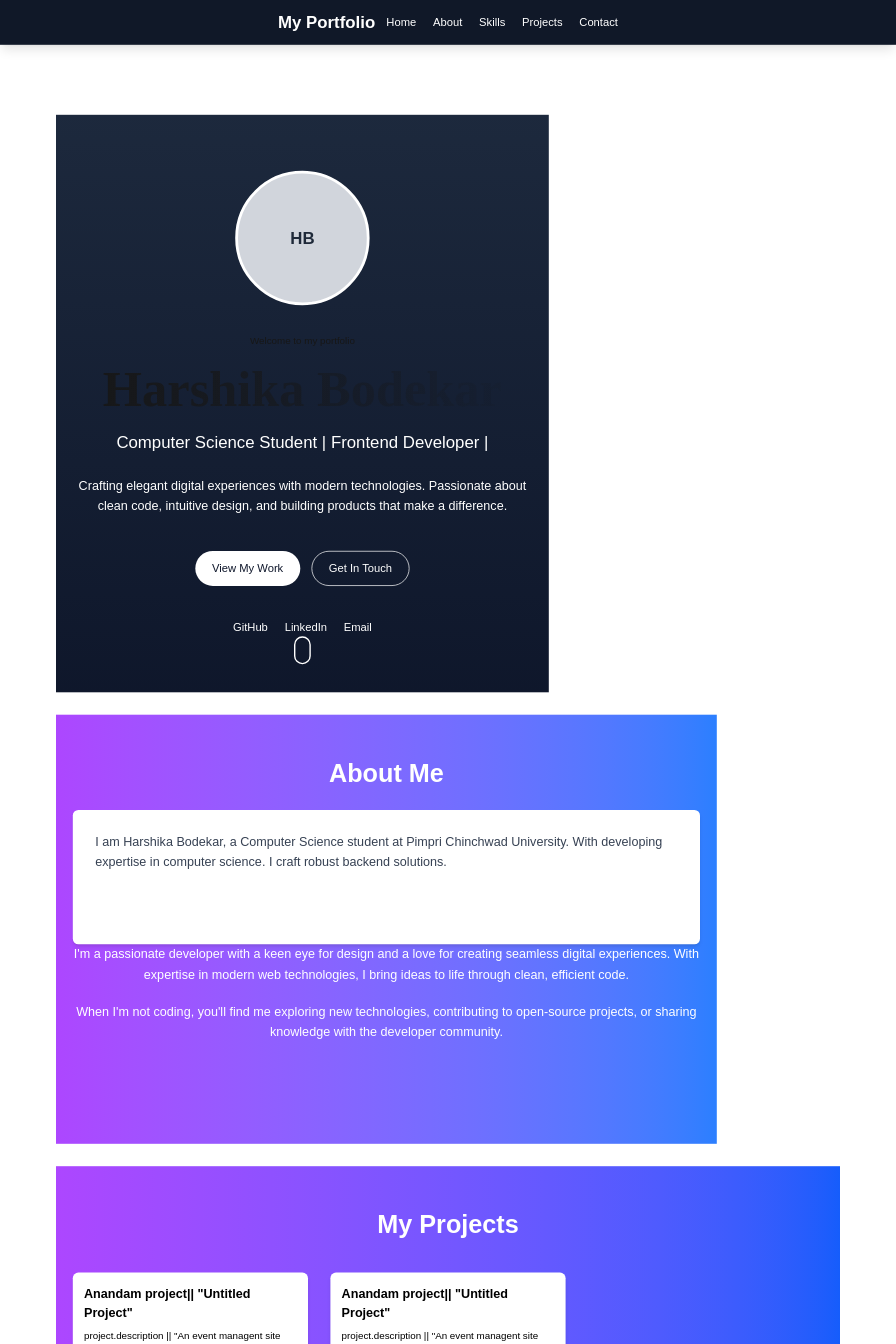
Repository: harshikabodekar/portfolio_awp
Page: /
The author's editor kept a copy of each file at every save. The page is drawn from the files as they stood at one save, then again after the next save.
The browser window is 1280 px wide. The pictures show the part of the page from y = 0 to 1920 px (the page is 3046 px tall), at 70% of full size.
The project was rebuilt for these pictures with package versions that can differ from the ones it lists, and the page was loaded fresh each time. The framework's server and built-in components were replaced by stand-ins that run in the browser. Also part of the build but not shown: next.config.mjs.

Above is the page before, as saved 2025-10-15 19:38:36.

### src/app/layout.js
import "./globals.css";

export const metadata = {
  title: "AWP Portfolio",
  description: "Personal portfolio",
};

export default function RootLayout({ children }) {
  return (
    <html lang="en">
      <body className="antialiased">
        {children}
      </body>
    </html>
  );
}

### src/app/page.js
//import Image from "next/image";
import Navbar from "./components/Navbar";
import React from "react";
import Projects from "./components/Project";
import About from "./components/About";
import Contact from "./components/Contact";
import Hero from "./components/Hero";
import ProjectCard from "./components/ProjectCard";

export default function Home() {
  return (
    <div className="font-sans grid grid-rows-[20px_1fr_20px] items-center justify-items-center min-h-screen p-8 pb-20 gap-16 sm:p-20">
      <main className="flex flex-col gap-[32px] row-start-2 items-center sm:items-start">
        <Navbar />
        <Hero />
        <About />
        <Projects />
        <Contact />
        <ProjectCard/>
      </main>
    </div>
  );
}

### src/app/components/Navbar.js
import React from 'react';

const Navbar = () => {
  return (
    <nav className="bg-gray-900 text-white py-4 px-6 fixed w-full top-0 left-0 z-50 shadow-lg">
      <div className="container mx-auto flex flex-col md:flex-row justify-center items-center gap-4">
        <h1 className="text-2xl font-bold">My Portfolio</h1>
        <ul className="flex space-x-6">
          <li><a href="#home" className="hover:text-blue-400 transition-colors">Home</a></li>
          <li><a href="#about" className="hover:text-blue-400 transition-colors">About</a></li>
          <li><a href="#skills" className="hover:text-blue-400 transition-colors">Skills</a></li>
          <li><a href="#projects" className="hover:text-blue-400 transition-colors">Projects</a></li>
          <li><a href="#contact" className="hover:text-blue-400 transition-colors">Contact</a></li>
        </ul>
      </div>
    </nav>
  );
};

export default Navbar;

### src/app/components/Project.js
import React from 'react';
import ProjectCard from './ProjectCard';
import { projectsData } from '../data/projects';

const Projects = () => {
  return (
    <section id="projects" className="py-20 px-6 bg-gradient-to-r from-purple-500 to-blue-600 text-white pt-16">
      <div className="container mx-auto max-w-6xl">
        <h2 className="text-4xl font-bold text-center text-white mb-12">My Projects</h2>

        <div className="grid md:grid-cols-2 lg:grid-cols-3 gap-8">
          {projectsData.map((project) => (
            <ProjectCard key={project.id} project={project} />
          ))}
        </div>
      </div>
    </section>
  );
};

export default Projects;

### src/app/components/About.js
import React from 'react';

const About = () => {
  return (
     <section id="about" className="py-20 px-6 bg-gradient-to-r from-purple-500 to-blue-500 text-white pt-16">
      <div className="container mx-auto max-w-4xl">
        <h2 className="text-4xl font-bold text-center mb-8">About Me</h2>
        <div className="bg-white p-8 rounded-lg shadow-md">
          <p className="text-lg text-gray-700 mb-4">
            I am Harshika Bodekar, a Computer Science student at Pimpri Chinchwad University.
            With developing expertise in computer science.
            I craft robust backend solutions.
          </p>
          <p className="text-lg text-white">
            My journey is driven by a passion for building scalable,
            efficient systems that power modern applications.
            I enjoy tackling complex challenges and exploring cutting-edge tech.
          </p>
        </div>
        <div className="mb-16 text-center">
            <p className="text-lg text-muted-foreground leading-relaxed mb-6">
              I'm a passionate developer with a keen eye for design and a love for creating
              seamless digital experiences. With expertise in modern web technologies, I bring
              ideas to life through clean, efficient code.
            </p>
            <p className="text-lg text-muted-foreground leading-relaxed">
              When I'm not coding, you'll find me exploring new technologies, contributing to
              open-source projects, or sharing knowledge with the developer community.
            </p>
          </div>
      </div>
    </section>
  );
};

export default About;

### src/app/components/Contact.js
const Contact = () => {
  const contactInfo = [
    { label: 'Email', value: 'your.email@example.com', href: 'mailto:your.email@example.com' },
    { label: 'Phone', value: '+1 (555) 123-4567', href: 'tel:+15551234567' },
    { label: 'Location', value: 'San Francisco, CA', href: '#' },
  ];

  const socialLinks = [
    { label: 'GitHub', href: 'https://github.com' },
    { label: 'LinkedIn', href: 'https://linkedin.com' },
    { label: 'Twitter', href: 'https://twitter.com' },
  ];

  return (
    <section id="contact" className="py-20 bg-gray-50 text-gray-900">
      <div className="container mx-auto px-4">
        <div className="max-w-4xl mx-auto">
          <h2 className="text-4xl md:text-5xl font-bold mb-6 text-center">Get In Touch</h2>
          <div className="w-20 h-1 bg-blue-500 mx-auto mb-12"></div>

          <p className="text-center text-lg mb-12 max-w-2xl mx-auto">
            I'm always open to discussing new projects, creative ideas, or opportunities to be part of your visions.
          </p>

          <div className="grid md:grid-cols-3 gap-6 mb-12">
            {contactInfo.map((info, index) => (
              <div key={index} className="bg-white p-6 rounded-lg shadow text-center">
                <h3 className="text-sm font-semibold mb-2">{info.label}</h3>
                <a href={info.href} className="text-blue-600 underline">{info.value}</a>
              </div>
            ))}
          </div>

          <div className="text-center">
            <div className="flex justify-center gap-4 mb-8">
              {socialLinks.map((s, i) => (
                <a key={i} href={s.href} target="_blank" rel="noreferrer" className="text-blue-600">{s.label}</a>
              ))}
            </div>

            <div className="text-center">
              <a href="mailto:your.email@example.com" className="inline-block px-6 py-3 bg-blue-600 text-white rounded-lg">Send Me an Email</a>
            </div>
          </div>
        </div>
      </div>
    </section>
  );
};

export default Contact;

### src/app/components/Hero.js
"use client";
import React from 'react';

const Hero = () => {
  return (
    <section id="home" className="relative min-h-screen flex items-center justify-center bg-gradient-to-b from-slate-800 to-slate-900 text-white">
      <div className="container mx-auto px-4 py-20 relative z-10">
        <div className="max-w-4xl mx-auto text-center animate-fade-in">
          <div className="mb-8 flex justify-center">
            <div className="w-48 h-48 rounded-full bg-gray-300 dark:bg-gray-600 border-4 border-white flex items-center justify-center text-2xl font-bold text-gray-800">HB</div>
          </div>

          <div className="inline-block mb-4 px-4 py-2 bg-gradient-primary rounded-full">
            <p className="text-sm font-medium text-foreground">Welcome to my portfolio</p>
          </div>

          <h1 className="text-5xl md:text-7xl font-bold mb-6 font-['Space_Grotesk'] bg-gradient-to-r from-foreground to-accent bg-clip-text text-transparent">
          Harshika Bodekar
          </h1>

          <p className="text-xl md:text-2xl text-muted-foreground mb-8 font-light">
            Computer Science Student | Frontend Developer |
          </p>

          <p className="text-lg text-muted-foreground mb-12 max-w-2xl mx-auto leading-relaxed">
            Crafting elegant digital experiences with modern technologies.
            Passionate about clean code, intuitive design, and building products that make a difference.
          </p>

          <div className="flex flex-wrap gap-4 justify-center mb-12">
            <button onClick={() => {}} className="px-6 py-3 bg-white text-slate-900 rounded-full font-medium">View My Work</button>
            <button onClick={() => {}} className="px-6 py-3 border border-white rounded-full">Get In Touch</button>
          </div>

          <div className="flex gap-6 justify-center">
            <a href="https://github.com" target="_blank" rel="noopener noreferrer" className="text-white">GitHub</a>
            <a href="https://linkedin.com" target="_blank" rel="noopener noreferrer" className="text-white">LinkedIn</a>
            <a href="mailto:your.email@example.com" className="text-white">Email</a>
          </div>
        </div>
      </div>

      <div className="absolute bottom-10 left-1/2 -translate-x-1/2 animate-float">
        <div className="w-6 h-10 border-2 border-accent rounded-full flex justify-center">
          <div className="w-1 h-3 bg-accent rounded-full mt-2 animate-pulse"></div>
        </div>
      </div>
    </section>
  );
};

export default Hero;

### src/app/components/ProjectCard.js
import React from 'react';

export default function ProjectCard({ project = {} }) {
  return (
    <article className="bg-white text-black rounded-lg p-4 shadow-md">
      <h3 className="font-semibold text-lg mb-2">Anandam project|| "Untitled Project"</h3>
      <p className="text-sm mb-4">project.description || "An event managent site that manages the event."</p>
      {project.link && (
        <a
          className="text-blue-600 underline"
          href={project.link}
          target="_blank"
          rel="noreferrer"
        >
          View
        </a>
      )}
    </article>
  );
}

### src/app/data/projects.js
export const projectsData = [
  {
    id: '1',
    title: 'Sample Project One',
    description: 'A short description of project one.',
    link: 'https://example.com',
  },
  {
    id: '2',
    title: 'Sample Project Two',
    description: 'A short description of project two.',
    link: 'https://example.com',
  },
];

Loaded but not shown: src/app/globals.css (common file)

After the next save:
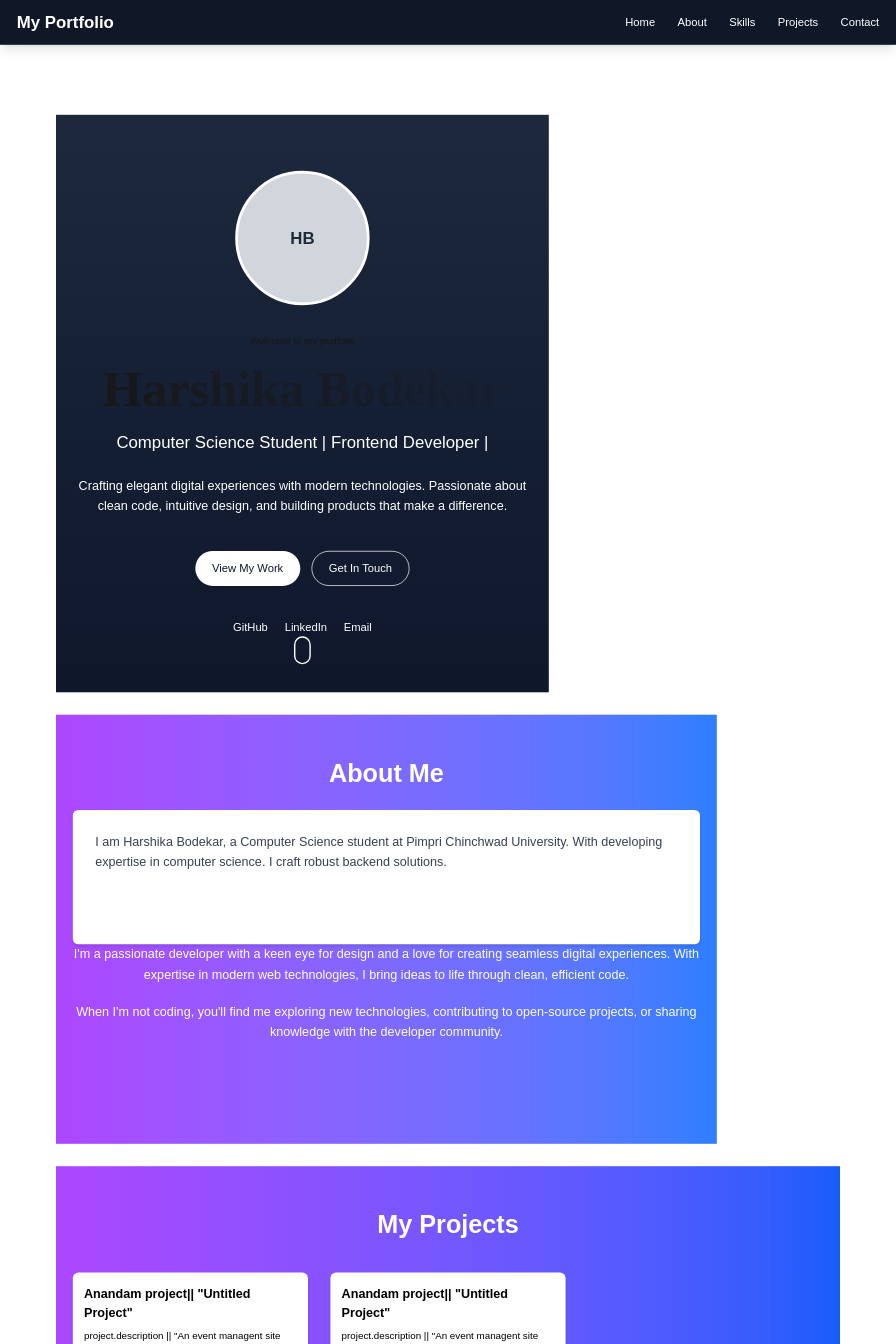
Saved 106 s later.
--- a/src/app/components/Navbar.js
+++ b/src/app/components/Navbar.js
@@ -3,9 +3,9 @@ import React from 'react';
 const Navbar = () => {
   return (
     <nav className="bg-gray-900 text-white py-4 px-6 fixed w-full top-0 left-0 z-50 shadow-lg">
-      <div className="container mx-auto flex flex-col md:flex-row justify-center items-center gap-4">
+      <div className="container mx-auto flex justify-between items-center">
         <h1 className="text-2xl font-bold">My Portfolio</h1>
-        <ul className="flex space-x-6">
+        <ul className="flex space-x-8">
           <li><a href="#home" className="hover:text-blue-400 transition-colors">Home</a></li>
           <li><a href="#about" className="hover:text-blue-400 transition-colors">About</a></li>
           <li><a href="#skills" className="hover:text-blue-400 transition-colors">Skills</a></li>
